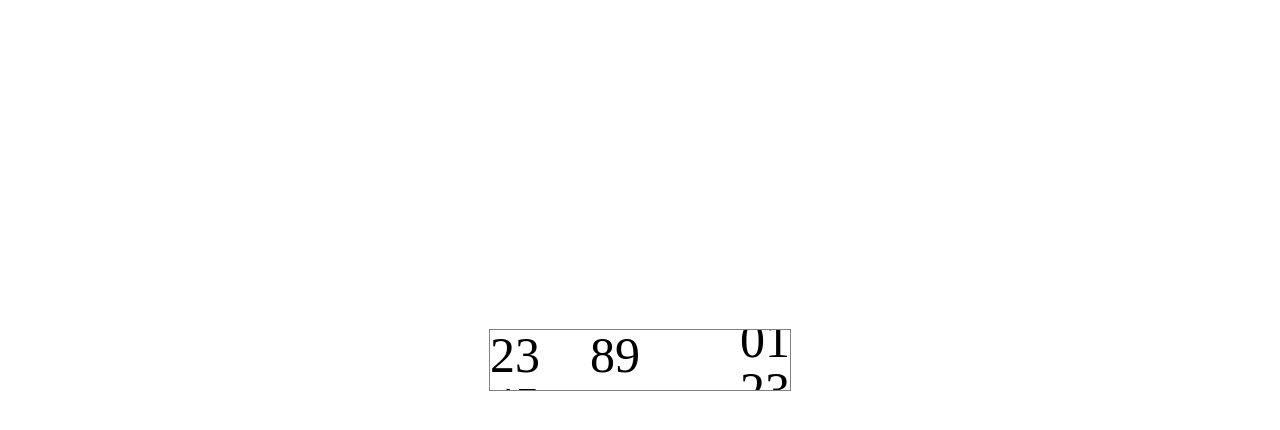
Repository: cbtpro/javascript
Page: src/animation-time/index.html
These files come from the project's save history. The page is drawn as it stood at one moment and after the next save; the edit follows.
The browser window is 1280 px wide. The pictures show the whole page.

Above is the page before, as saved 2023-04-05 17:39:54.

After the next save:
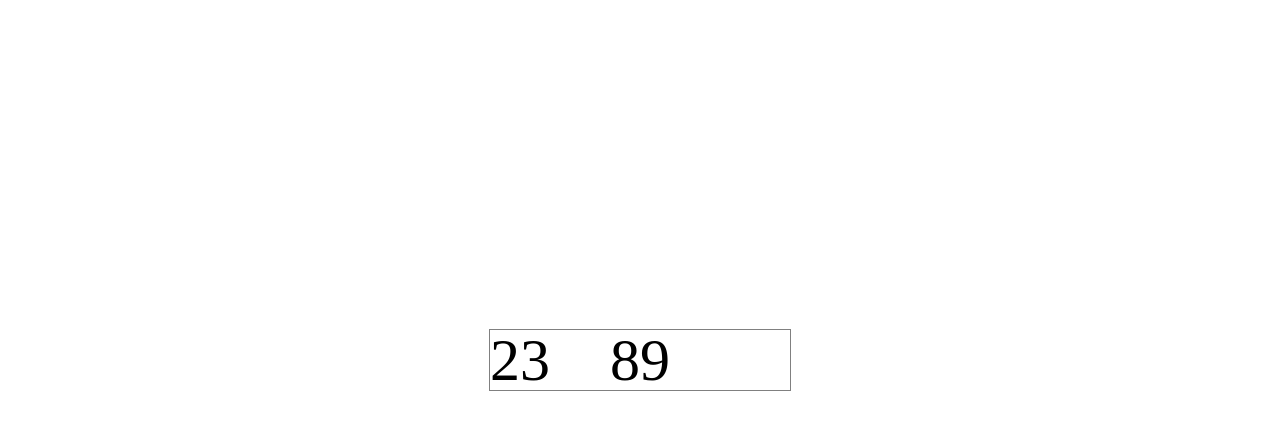
Saved 16 s later.
--- a/src/animation-time/index.html
+++ b/src/animation-time/index.html
@@ -30,7 +30,6 @@
     .time-block {
       float: left;
       position: relative;
-      font-size: 50px;
       width: 1em;
       line-height: 1em;
       text-align: center;
